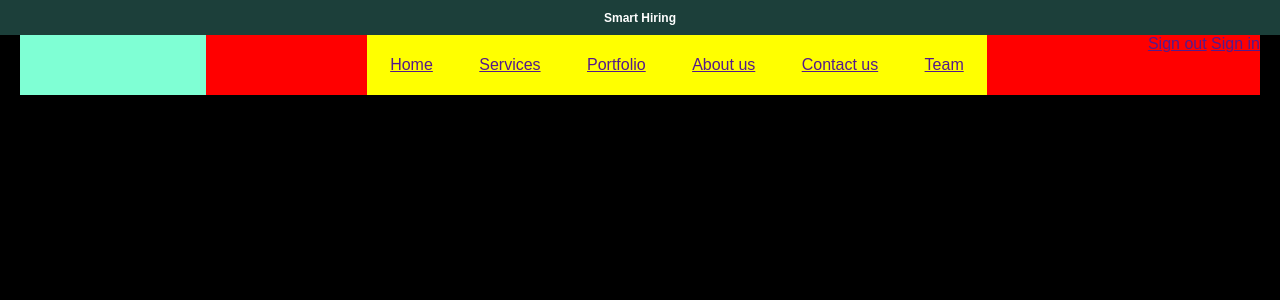
Repository: arijkl/Projet-PFA
Page: HomePage.html
An editor plug-in stored every save of this project. The page is shown before and after the next save, followed by the edit.
The browser window is 1280 px wide. The pictures show the whole page.

Above is the page before, as saved 2024-04-21 17:35:16.

After the next save:
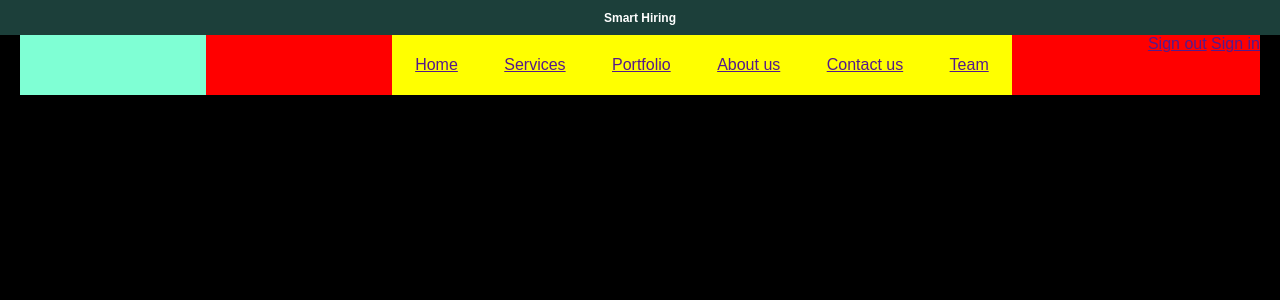
Saved 42 s later.
--- a/HomePage.css
+++ b/HomePage.css
@@ -47,5 +47,9 @@
     justify-content: space-around;
     align-items: center;
     list-style: none;
-    text-decoration: none;
+    margin-left:50px;
+
   }
+  .navBar ul li{
+
+  }
